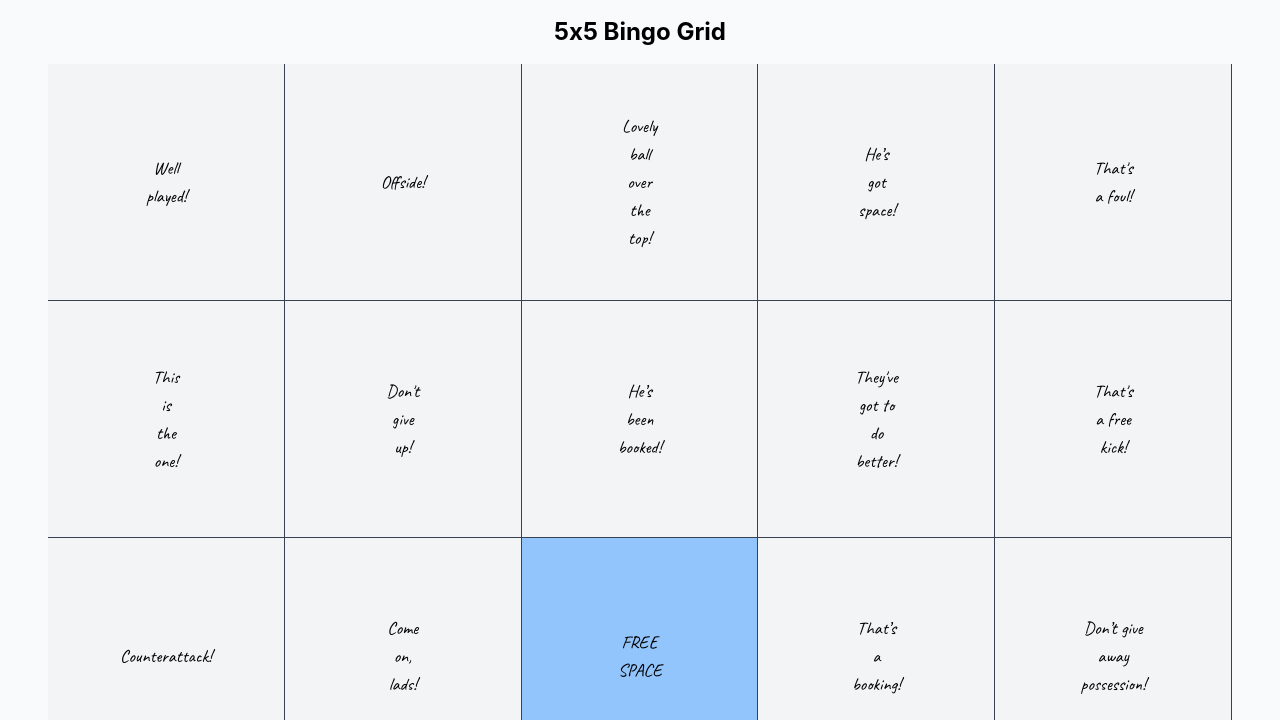
Repository: yassirbn/football-bingo
Page: /
The author's editor kept a copy of each file at every save. The page is drawn from the files as they stood at one save, then again after the next save.
The browser window is 1280 px wide. The pictures show the whole page.
The project was rebuilt for these pictures with package versions that can differ from the ones it lists, and the page was loaded fresh each time.

Above is the page before, as saved 2024-11-27 12:30:14.

### src/index.css

@import url('https://fonts.googleapis.com/css2?family=Caveat:wght@400;700&display=swap');

@tailwind base;
@tailwind components;
@tailwind utilities;


body {
  margin: 0;
  font-family: -apple-system, BlinkMacSystemFont, 'Segoe UI', 'Roboto', 'Oxygen',
    'Ubuntu', 'Cantarell', 'Fira Sans', 'Droid Sans', 'Helvetica Neue',
    sans-serif;
  -webkit-font-smoothing: antialiased;
  -moz-osx-font-smoothing: grayscale;
}

code {
  font-family: source-code-pro, Menlo, Monaco, Consolas, 'Courier New',
    monospace;
}

### src/App.js
import React from "react";
import BingoGrid from "./component/BingoGrid/BingoGrid";


const App = () => {
  const words  = [
    "What a save!",
    "Offside!",
    "Penalty! Oh, no!",
    "Pass the ball!",
    "That's a dive!",
    "Red card!",
    "Goal! What a strike!",
    "He's on fire!",
    "Foul!",
    "Clear it!",
    "He's through on goal!",
    "Nice touch!",
    "What a tackle!",
    "Great cross!",
    "Counterattack!",
    "He’s injured!",
    "Come on, ref!",
    "Get it in the box!",
    "Keeper's got it!",
    "That's a foul!",
    "No way! That’s a dive!",
    "Good save, keeper!",
    "What a ball!",
    "Hold it up!",
    "Look at that footwork!",
    "Get stuck in!",
    "That’s a booking!",
    "Lovely ball over the top!",
    "That’s a terrible miss!",
    "Get back!",
    "Play to the whistle!",
    "It's all square!",
    "Time for a substitution!",
    "They’re all over them!",
    "Nice pass!",
    "He’s got space!",
    "He’s wide open!",
    "Well played!",
    "Take a shot!",
    "That’s a brilliant goal!",
    "What a finish!",
    "Come on, lads!",
    "Don't give up!",
    "He's made a run!",
    "Get the ball out of there!",
    "Hold the line!",
    "He’s been booked!",
    "That's a red card!",
    "This could be it!",
    "He’s in the clear!",
    "It’s a goal kick!",
    "That's a free kick!",
    "Shoot! Shoot!",
    "That's too easy!",
    "They've got to do better!",
    "He's off the ball!",
    "Put it in the back of the net!",
    "This is getting tense!",
    "He’s looking dangerous!",
    "Don’t give away possession!",
    "He’s gone down easy!",
    "That's a top save!",
    "This is the one!",
    "Make it count!"
  ];


  return (
    <div className="min-h-screen bg-gray-50 flex items-center justify-center">
      <BingoGrid words={words} />
    </div>
  );
};

export default App;

### src/component/BingoGrid/BingoGrid.js
import React, { useState } from "react";

const BingoGrid = ({ words }) => {
  const gridSize = 5; // 5x5 grid
  const totalCells = gridSize * gridSize;

  // Shuffle words only once and store in state
  const initializeGrid = () => {
    const shuffledWords = [...words].sort(() => 0.5 - Math.random()).slice(0, totalCells);

    // Fill with placeholders if not enough words
    while (shuffledWords.length < totalCells) {
      shuffledWords.push("PLACEHOLDER");
    }

    // Replace the center cell with "FREE SPACE"
    const centerIndex = Math.floor(totalCells / 2);
    shuffledWords[centerIndex] = "FREE SPACE";

    return shuffledWords;
  };

  const [gridWords] = useState(initializeGrid);
  const [selectedCells, setSelectedCells] = useState(
    Array(totalCells).fill(false).map((_, i) => i === Math.floor(totalCells / 2)) // Center (FREE SPACE) is pre-selected
  );
  const [bingo, setBingo] = useState(false);

  // Handle cell click
  const handleCellClick = (index) => {
    if (gridWords[index] === "FREE SPACE" || selectedCells[index]) return; // Ignore clicks on FREE SPACE or already selected cells

    const updatedSelection = [...selectedCells];
    updatedSelection[index] = true;
    setSelectedCells(updatedSelection);

    // Check for Bingo
    checkForBingo(updatedSelection);
  };

  // Check for Bingo
  const checkForBingo = (selected) => {
    const checkLine = (line) => line.every((index) => selected[index]);

    // Generate all rows, columns, and diagonals
    const rows = Array.from({ length: gridSize }, (_, i) =>
      Array.from({ length: gridSize }, (_, j) => i * gridSize + j)
    );
    const cols = Array.from({ length: gridSize }, (_, i) =>
      Array.from({ length: gridSize }, (_, j) => j * gridSize + i)
    );
    const diagonal1 = Array.from({ length: gridSize }, (_, i) => i * gridSize + i);
    const diagonal2 = Array.from({ length: gridSize }, (_, i) => (i + 1) * gridSize - (i + 1));

    const lines = [...rows, ...cols, diagonal1, diagonal2];

    if (lines.some(checkLine)) {
      setBingo(true); // Set Bingo to true to trigger animations
    }
  };

  return (
    <div className="p-4 relative h-screen overflow-hidden w-screen px-12">
      {/* Fireworks Animation */}
      {bingo && (
        <div className="absolute inset-0 z-20 flex justify-center items-center pointer-events-none">
          {/* Firework Particles */}
          {Array.from({ length: 300 }).map((_, idx) => (
            <div
              key={idx}
              className="fireworks-particle w-4 h-4 rounded-full absolute animate-fireworks"
              style={{
                "--x": `${Math.random() * 120 - 60}vw`, // Expanded X direction
                "--y": `${Math.random() * 120 - 60}vh`, // Expanded Y direction
                "--size": `${Math.random() * 10 + 5}px`, // Random size (larger particles)
                "--duration": `${Math.random() * 2 + 1.5}s`, // Increased duration for longer explosion
                "--delay": `${Math.random() * 0.5}s`, // Random delay
                backgroundColor: `hsl(${Math.random() * 360}, 100%, 50%)`, // Random color (HSL)
                transform: `rotate(${Math.random() * 360}deg)` // Random rotation for more chaos
              }}
            ></div>
          ))}
        </div>
      )}

      {/* Bingo Text Animation */}
      {bingo && (
        <div className="absolute inset-0 flex items-center justify-center z-10 animate-bingo-fade">
          <h2 className="text-7xl sm:text-8xl md:text-9xl lg:text-10xl font-extrabold text-red-600 animate-bingo-shake">
            BINGO!
          </h2>
        </div>
      )}

      {/* Bingo Grid */}
      <h1 className="text-center text-2xl font-bold mb-4">5x5 Bingo Grid</h1>
      <div
        className="grid"
        style={{
          gridTemplateColumns: `repeat(${gridSize}, 1fr)`,
        }}
      >
        {gridWords.map((word, index) => (
          <div
            key={index}
            className={`flex items-center justify-center border-b border-r border-gray-700 text-center font-medium aspect-square
              ${selectedCells[index] ? "bg-blue-300 text-white" : "bg-gray-100 hover:bg-blue-200 cursor-pointer"}
              ${word === "FREE SPACE" ? "cursor-default" : ""}`}
            onClick={() => handleCellClick(index)}
          >
            <div
              className={`${
                selectedCells[index] ? "bg-blue-300 text-white" : "bg-transparent"
              } flex items-center justify-center py-3 px-6 sm:py-4 sm:px-8 md:py-6 md:px-12 lg:py-8 lg:px-16`}
              style={{
                width: "50px", // Adjusted for mobile/tablet responsiveness
                height: "50px", // Adjusted for mobile/tablet responsiveness
                minWidth: "50px", // Ensures the circle doesn't shrink smaller than this
              }}
            >
              <span
                className="text-xs sm:text-sm md:text-base lg:text-lg font-medium text-black font-handwritten"
              >
                {word}
              </span>
            </div>
          </div>
        ))}
      </div>
    </div>
  );
};

export default BingoGrid;

### tailwind.config.js
/** @type {import('tailwindcss').Config} */
module.exports = {
  content: ['./src/**/*.{js,jsx,ts,tsx}'],
  theme: {
    extend: {
      fontFamily: {
        handwritten: ["'Caveat'", "cursive"],
      },
      animation: {
        fireworks: "fireworks 1.5s ease-out forwards",
        "bingo-fade": "bingo-fade 2s ease-out forwards",
        "bingo-shake": "bingo-shake 0.5s ease-in-out infinite",
      },
      keyframes: {
        fireworks: {
          "0%": {
            transform: "scale(0) translate(0, 0)",
            opacity: 1,
          },
          "50%": {
            transform: "scale(1) translate(var(--x), var(--y))",
            opacity: 1,
          },
          "100%": {
            transform: "scale(2) translate(var(--x), var(--y))",
            opacity: 0,
          },
        },
        "bingo-fade": {
          "0%": { opacity: 0 },
          "100%": { opacity: 1 },
        },
        "bingo-shake": {
          "0%": { transform: "rotate(0)" },
          "25%": { transform: "rotate(5deg)" },
          "50%": { transform: "rotate(0)" },
          "75%": { transform: "rotate(-5deg)" },
          "100%": { transform: "rotate(0)" },
        },
      },
    },
  },
  plugins: [],
}

Loaded but not shown: public/index.html (common file); src/index.js (common file); src/reportWebVitals.js (common file)

After the next save:
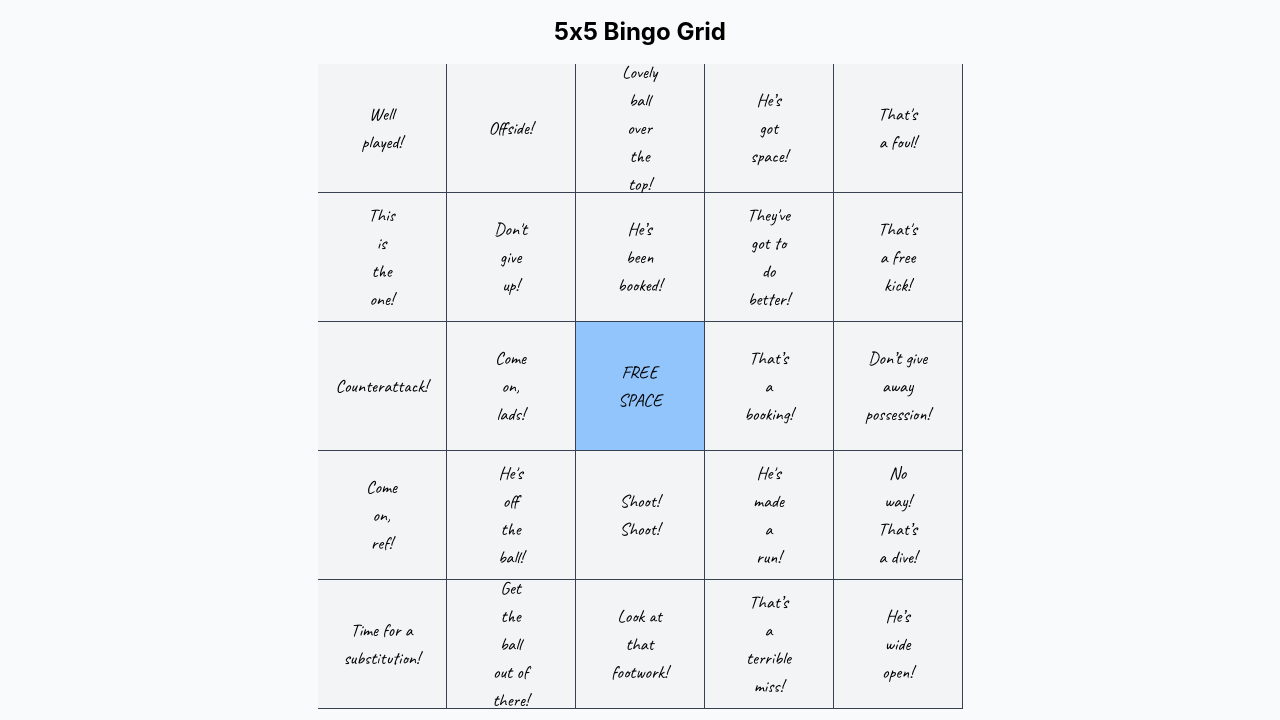
Saved 20 s later.
--- a/src/component/BingoGrid/BingoGrid.js
+++ b/src/component/BingoGrid/BingoGrid.js
@@ -60,7 +60,7 @@ const BingoGrid = ({ words }) => {
   };
 
   return (
-    <div className="p-4 relative h-screen overflow-hidden w-screen px-12">
+    <div className="p-4 relative h-screen overflow-auto">
       {/* Fireworks Animation */}
       {bingo && (
         <div className="absolute inset-0 z-20 flex justify-center items-center pointer-events-none">
